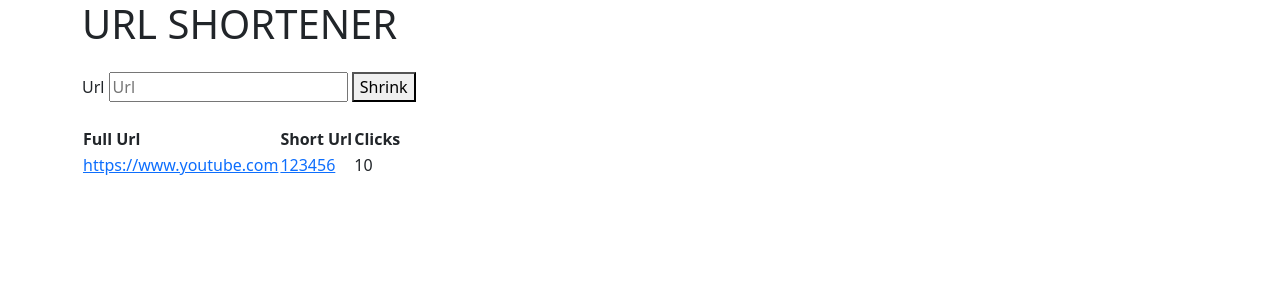
Repository: HarshM0di/URL-SHORTENER
Page: http://localhost/
An editor plug-in stored every save of this project. The page is shown before and after the next save, followed by the edit.
The browser window is 1280 px wide. The pictures show the whole page.
The page is served by the project's Node server (server.js).

Above is the page before, as saved 2022-09-18 10:56:49.

After the next save:
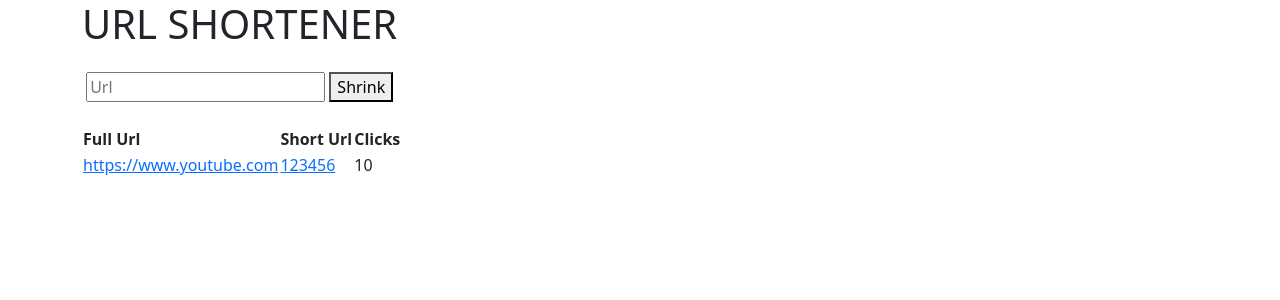
Saved 8 s later.
--- a/views/index.ejs
+++ b/views/index.ejs
@@ -14,7 +14,7 @@
 
     <h1> URL SHORTENER </h1>
     <form action="" method = "POST" class ="my-4 form-inline">
-        <label for="fullUrl" class="sr-only"> Url</label>
+        <label for="fullUrl" class="sr-only"></label>
         <input placeholder="Url" type="url" name= "fullUrl" id="fullUrl" >
         <button type="submit">Shrink</button>
     </form>
